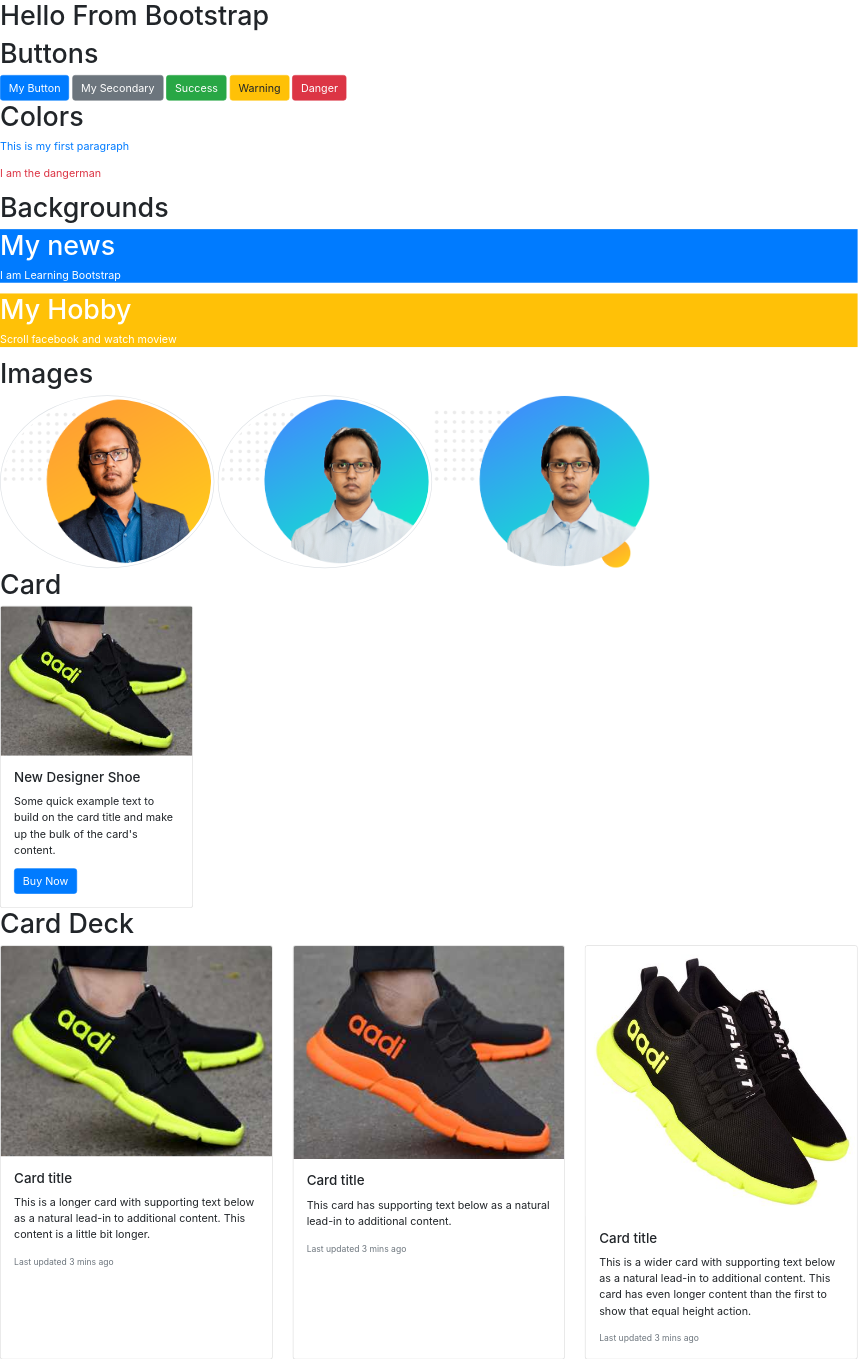
Repository: mohsinfarabi/bootstrap-practice
Page: index.html
An editor plug-in stored every save of this project. The page is shown before and after the next save, followed by the edit.
The browser window is 1280 px wide. The page is 1295 px wide, so the pictures cover 1295 px, including what lies to the right of the window. The pictures show the whole page, at 67% of full size.

Above is the page before, as saved 2020-07-06 03:16:06.

### index.html
<!DOCTYPE html>
<html lang="en">

<head>
    <meta charset="UTF-8">
    <meta name="viewport" content="width=device-width, initial-scale=1.0">
    <title>Document</title>
    <link rel="stylesheet" href="css\bootstrap\css\bootstrap.min.css">
</head>

<body>
    <h1>Hello From Bootstrap</h1>
    <h1>Buttons</h1>
    <button class="btn btn-primary">My Button</button>
    <button class="btn btn-secondary">My Secondary</button>
    <button class="btn btn-success">Success</button>
    <button class="btn btn-warning">Warning</button>
    <button class="btn btn-danger">Danger</button>

    <h1>Colors</h1>
    <p class="text-primary">This is my first paragraph</p>
    <p class="text-danger">I am the dangerman</p>

    <h1>Backgrounds</h1>
    <div class="bg-primary text-white">
        <h1>My news</h1>
        <p>I am Learning Bootstrap</p>
    </div>
    <div class="bg-warning text-white">
        <h1>My Hobby</h1>
        <p>Scroll facebook and watch moview</p>
    </div>

    <h1>Images</h1>
    <img src="images/profile1.png" class="img-fluid w-25 rounded-circle img-thumbnail" alt="">
    <img src="images/profile2.png" class="img-fluid w-25 rounded-circle img-thumbnail" alt="">
    <img src="images/profile2.png" class="img-fluid w-25" alt="">

    <h1>Card</h1>
    <div class="card" style="width: 18rem;">
        <img src="images/card1.jpeg" class="card-img-top" alt="...">
        <div class="card-body">
            <h5 class="card-title">New Designer Shoe</h5>
            <p class="card-text">Some quick example text to build on the card title and make up the bulk of the card's content.</p>
            <a href="#" class="btn btn-primary">Buy Now</a>
        </div>
    </div>
    <h1>Card Deck</h1>
    <div class="card-deck">
        <div class="card">
            <img src="images/card1.jpeg" class="card-img-top" alt="...">
            <div class="card-body">
                <h5 class="card-title">Card title</h5>
                <p class="card-text">This is a longer card with supporting text below as a natural lead-in to additional content. This content is a little bit longer.</p>
                <p class="card-text"><small class="text-muted">Last updated 3 mins ago</small></p>
            </div>
        </div>
        <div class="card">
            <img src="images/card2.jpeg" class="card-img-top" alt="...">
            <div class="card-body">
                <h5 class="card-title">Card title</h5>
                <p class="card-text">This card has supporting text below as a natural lead-in to additional content.</p>
                <p class="card-text"><small class="text-muted">Last updated 3 mins ago</small></p>
            </div>
        </div>
        <div class="card">
            <img src="images/card4.jpg" class="card-img-top" alt="...">
            <div class="card-body">
                <h5 class="card-title">Card title</h5>
                <p class="card-text">This is a wider card with supporting text below as a natural lead-in to additional content. This card has even longer content than the first to show that equal height action.</p>
                <p class="card-text"><small class="text-muted">Last updated 3 mins ago</small></p>
            </div>
        </div>
    </div>
</body>

</html>

Loaded but not shown: css/bootstrap/css/bootstrap.min.css (library)

After the next save:
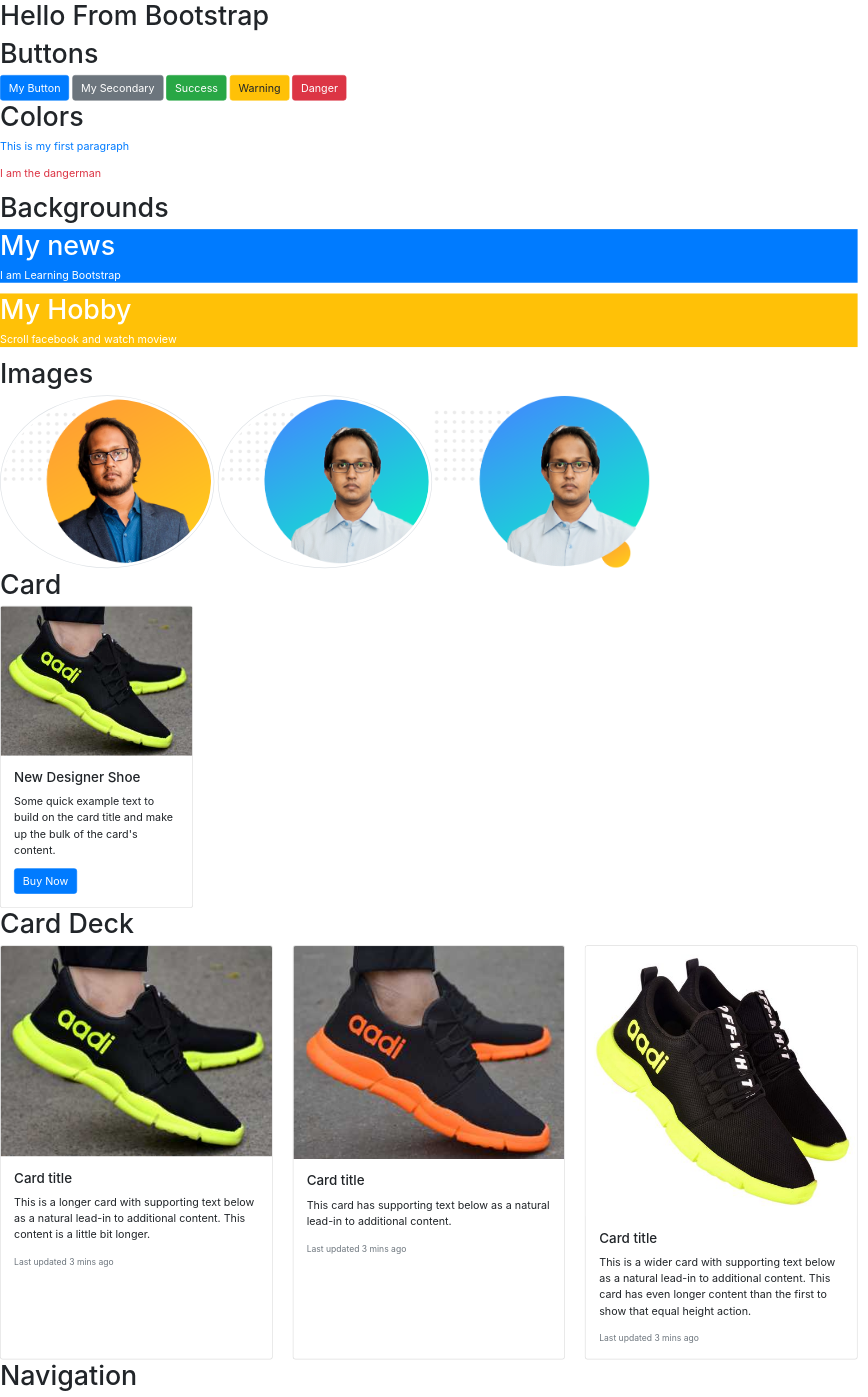
Saved 98 s later.
--- a/index.html
+++ b/index.html
@@ -72,6 +72,7 @@
             </div>
         </div>
     </div>
+    <h1>Navigation</h1>
 </body>
 
 </html>
